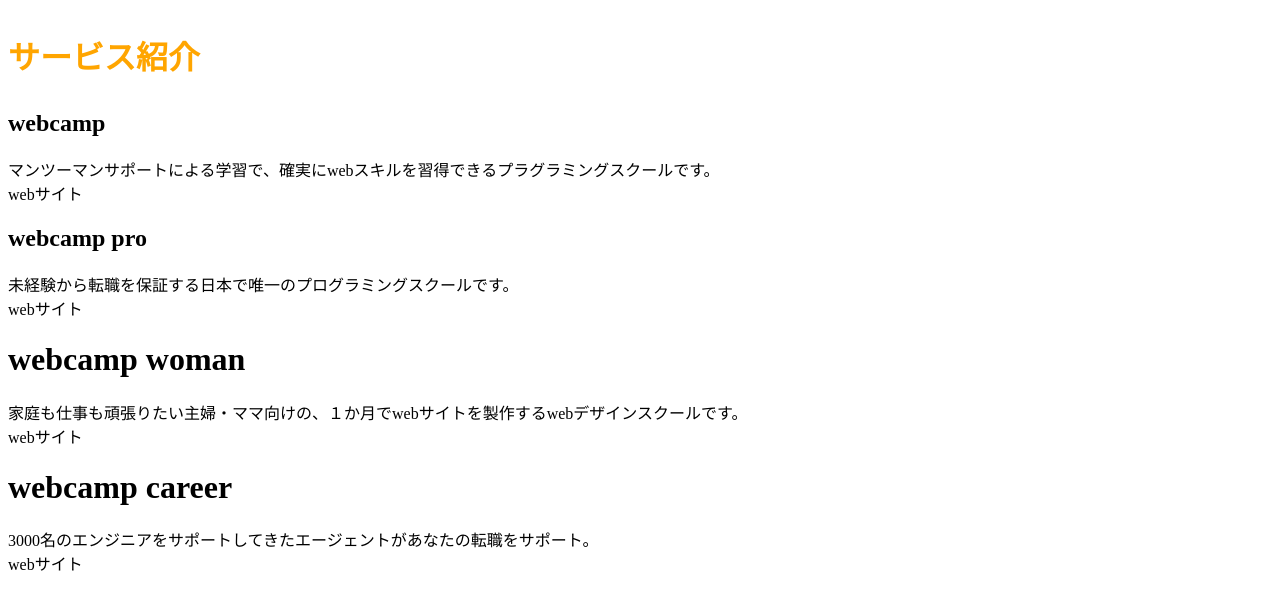
Repository: YasuyoshiSakai/kadai1
Page: sample/ensyuu.html
The author's editor kept a record of every edit. The page is drawn from the files as they stood at one moment, then again after the next edit.
The browser window is 1280 px wide. The pictures show the whole page.

Above is the page before.

After the next edit:
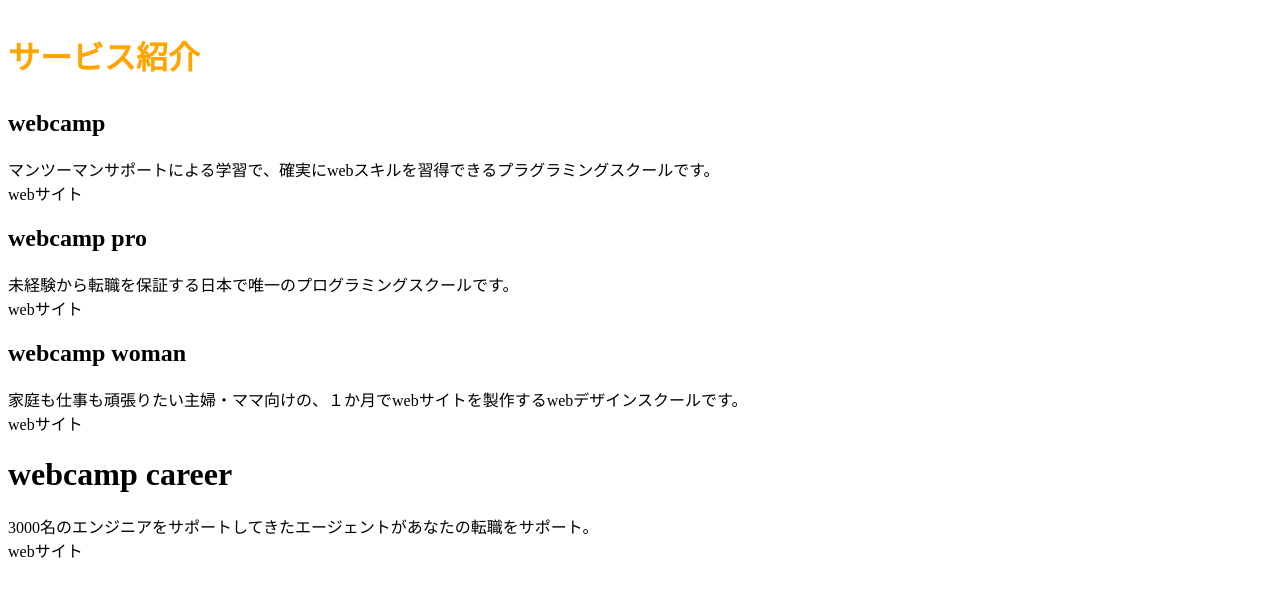
The edit:
--- a/sample/ensyuu.html
+++ b/sample/ensyuu.html
@@ -15,7 +15,7 @@
 <h2>webcamp pro</h2>
 未経験から転職を保証する日本で唯一のプログラミングスクールです。<br>
 webサイト<br>
-<h1>webcamp woman</h1>
+<h2>webcamp woman</h2>
 家庭も仕事も頑張りたい主婦・ママ向けの、１か月でwebサイトを製作するwebデザインスクールです。<br>
 webサイト<br>
 <h1>webcamp career</h1>
